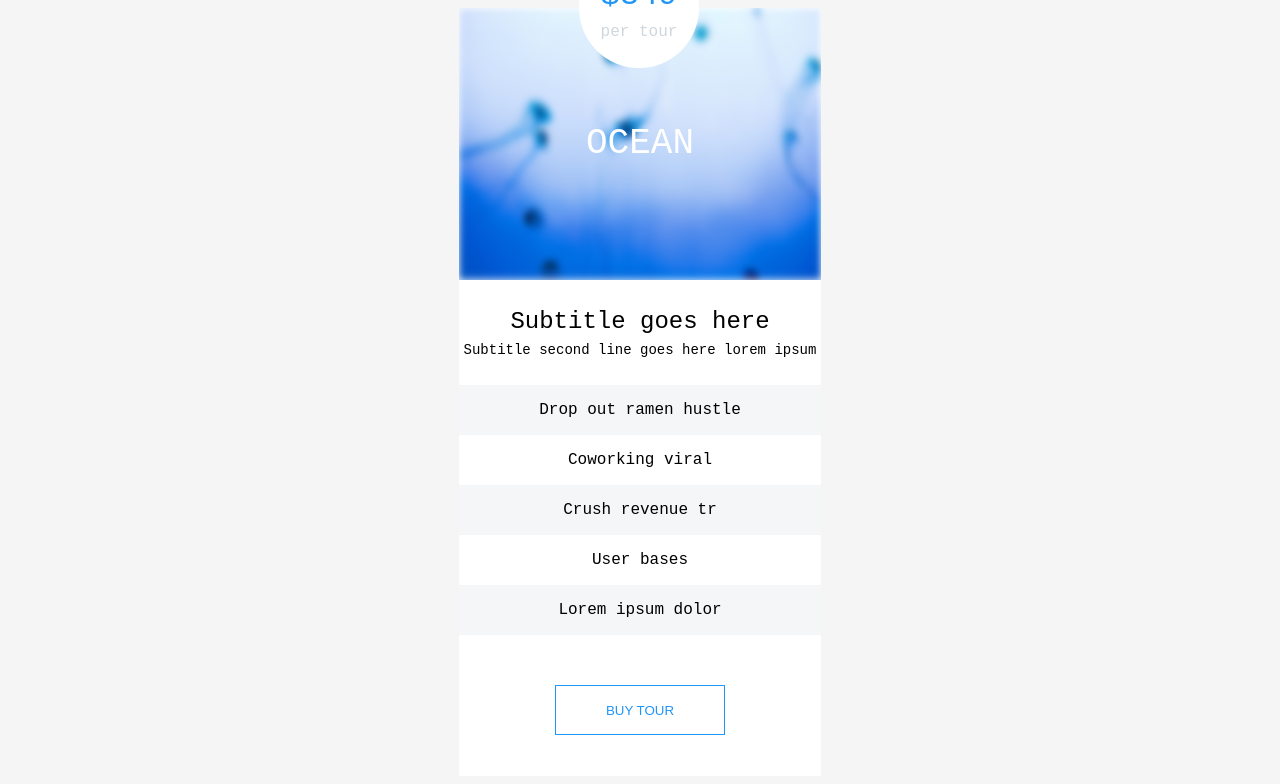
Repository: HoanTiny/pricetable
Page: index.html
These files come from the project's save history. The page is drawn as it stood at one moment and after the next save; the edit follows.
The browser window is 1280 px wide. The pictures show the whole page.

Above is the page before, as saved 2022-07-04 10:37:19.

After the next save:
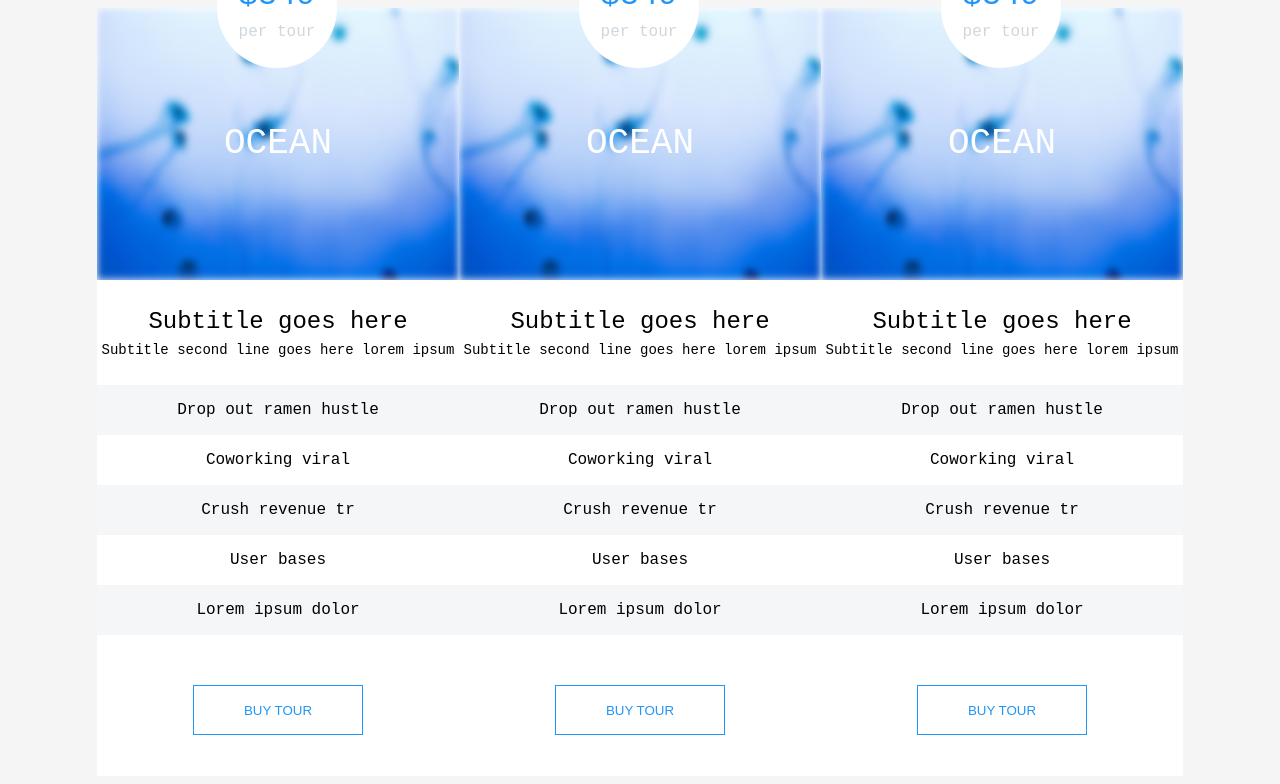
Saved 12 s later.
--- a/index.html
+++ b/index.html
@@ -37,6 +37,62 @@
                     </div>
                 </div>
             </div>
+            <div class="price-table">
+                <div class="img">
+                    <img src="./assests/img/ocean.png" alt="logo" />
+                    <span>Ocean</span>
+                </div>
+                <div class="title">
+                    <div class="title_header">
+                        <p>Subtitle goes here</p>
+                        <span>Subtitle second line goes here lorem ipsum</span>
+                    </div>
+                    <div class="title_list">
+                        <ul>
+                            <li>Drop out ramen hustle</li>
+                            <li>Coworking viral</li>
+                            <li>Crush revenue tr</li>
+                            <li>User bases</li>
+                            <li>Lorem ipsum dolor</li>
+                        </ul>
+                    </div>
+                    <div class="title_btn">
+                        <button type="">Buy Tour</button>
+                    </div>
+                    <div class="price">
+                        <p>$349</p>
+                        <span>per tour</span>
+                    </div>
+                </div>
+            </div>
+            <div class="price-table">
+                <div class="img">
+                    <img src="./assests/img/ocean.png" alt="logo" />
+                    <span>Ocean</span>
+                </div>
+                <div class="title">
+                    <div class="title_header">
+                        <p>Subtitle goes here</p>
+                        <span>Subtitle second line goes here lorem ipsum</span>
+                    </div>
+                    <div class="title_list">
+                        <ul>
+                            <li>Drop out ramen hustle</li>
+                            <li>Coworking viral</li>
+                            <li>Crush revenue tr</li>
+                            <li>User bases</li>
+                            <li>Lorem ipsum dolor</li>
+                        </ul>
+                    </div>
+                    <div class="title_btn">
+                        <button type="">Buy Tour</button>
+                    </div>
+                    <div class="price">
+                        <p>$349</p>
+                        <span>per tour</span>
+                    </div>
+                </div>
+            </div>
         </div>
     </body>
 </html>
